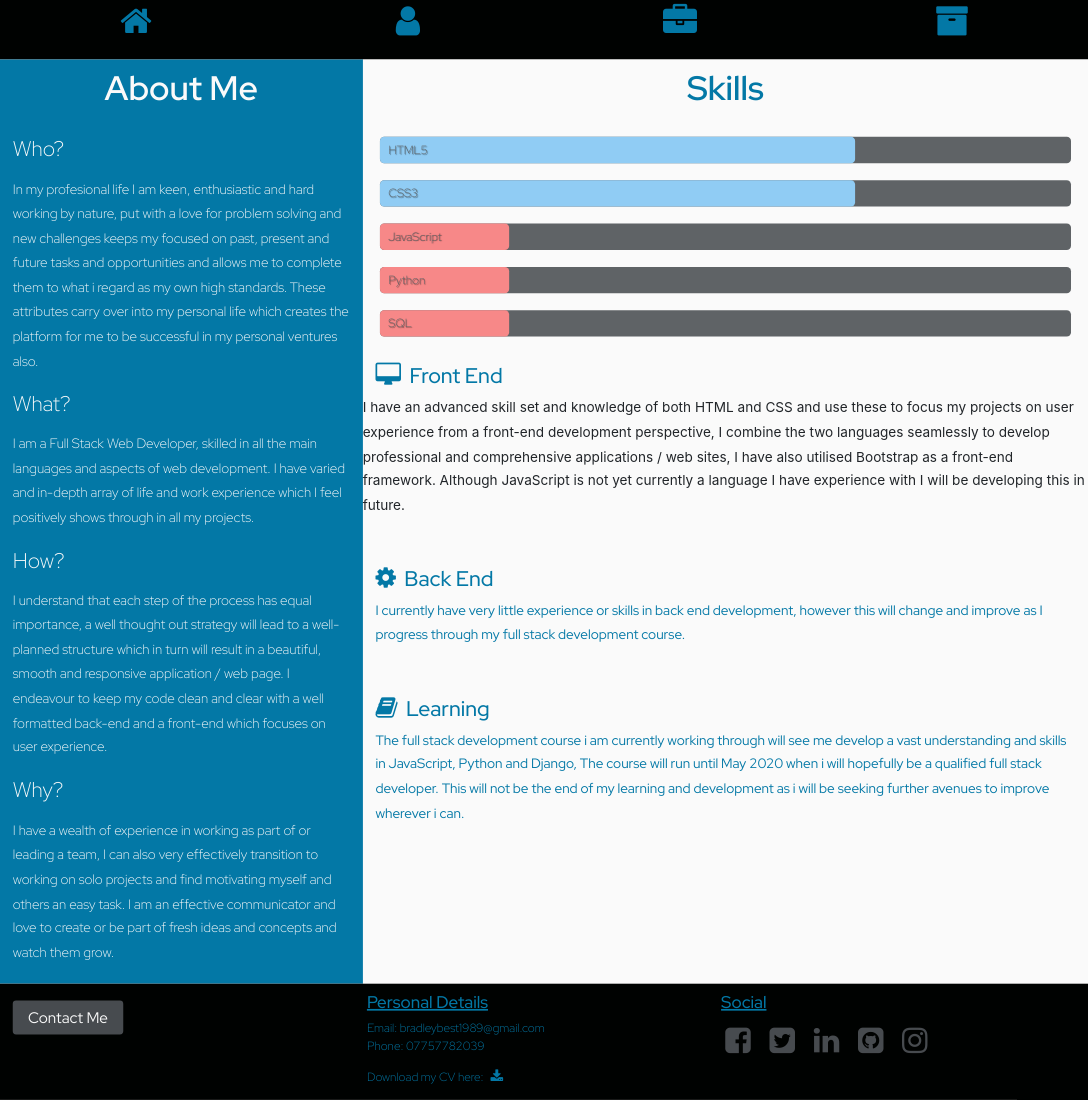
Repository: Brad000/Resume-project
Page: about-me.html
The author's editor kept a record of every edit. The page is drawn from the files as they stood at one moment, then again after the next edit.
The browser window is 1280 px wide. The pictures show the whole page, at 85% of full size.

Above is the page before.

After the next edit:
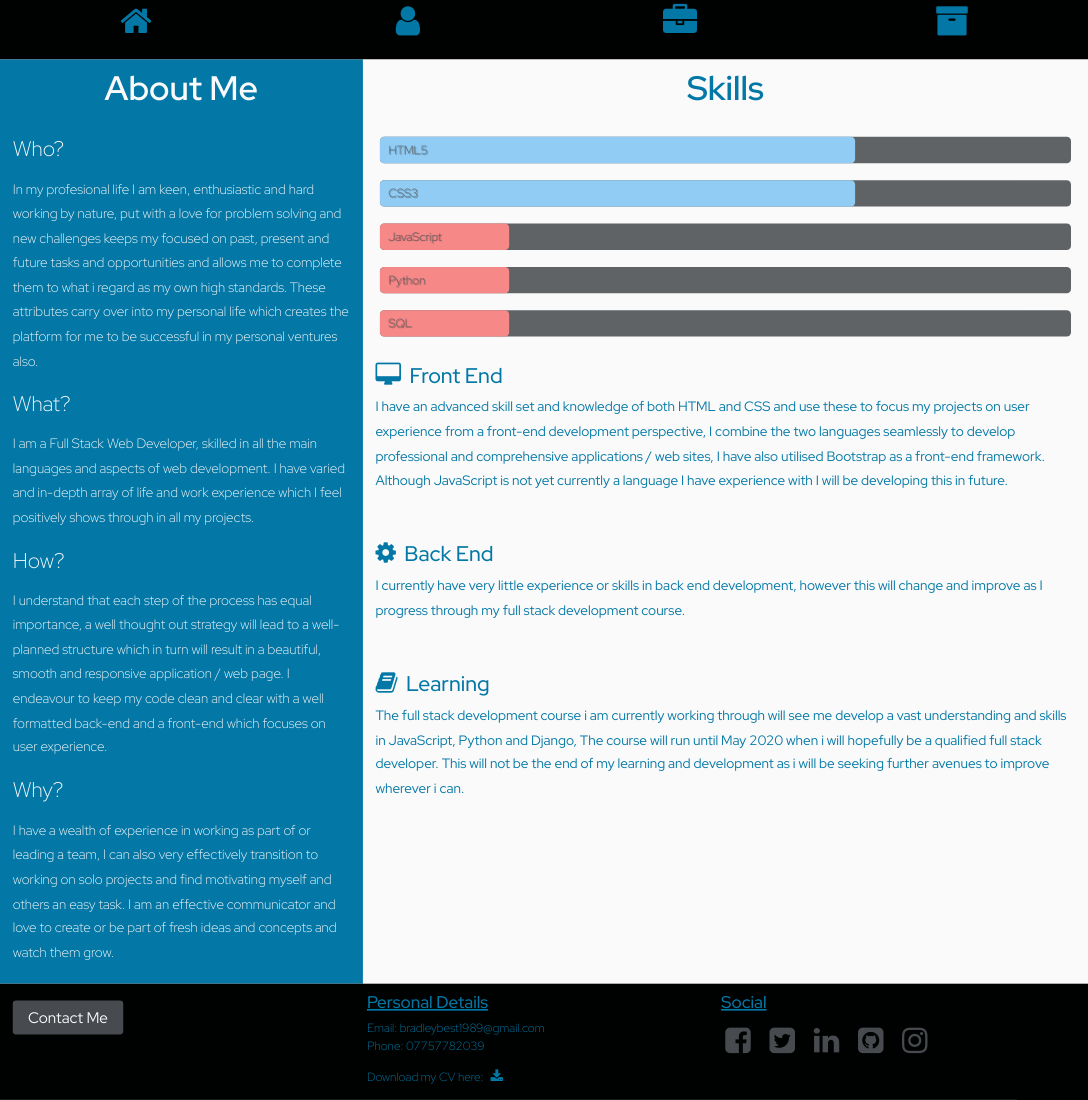
The edit:
--- a/about-me.html
+++ b/about-me.html
@@ -70,7 +70,7 @@
                 <div class="bar back learning" data-skill="Python"></div>
                 <div class="bar back learning" data-skill="SQL"></div>
                 <h5 class="skills-text skills-heading"><i class="fa fa-desktop"></i>Front End</h5>
-                <p class="skills-para">I have an advanced skill set and knowledge of both HTML and CSS and use these to focus my projects on user experience from a front-end development perspective, I combine the two languages seamlessly to develop professional and comprehensive applications / web sites, I have also utilised Bootstrap as a front-end framework. Although JavaScript is not yet currently a language I have experience with I will be developing this in future.</p>
+                <p class="skills-text skills-para">I have an advanced skill set and knowledge of both HTML and CSS and use these to focus my projects on user experience from a front-end development perspective, I combine the two languages seamlessly to develop professional and comprehensive applications / web sites, I have also utilised Bootstrap as a front-end framework. Although JavaScript is not yet currently a language I have experience with I will be developing this in future.</p>
                 <h5 class="skills-text skills-heading"><i class="fa fa-cog"></i>Back End</h5>
                 <p class="skills-text skills-para">I currently have very little experience or skills in back end development, however this will change and improve as I progress through my full stack development course.</p>
                 <h5 class="skills-text skills-heading"><i class="fa fa-book"></i>Learning</h5>
